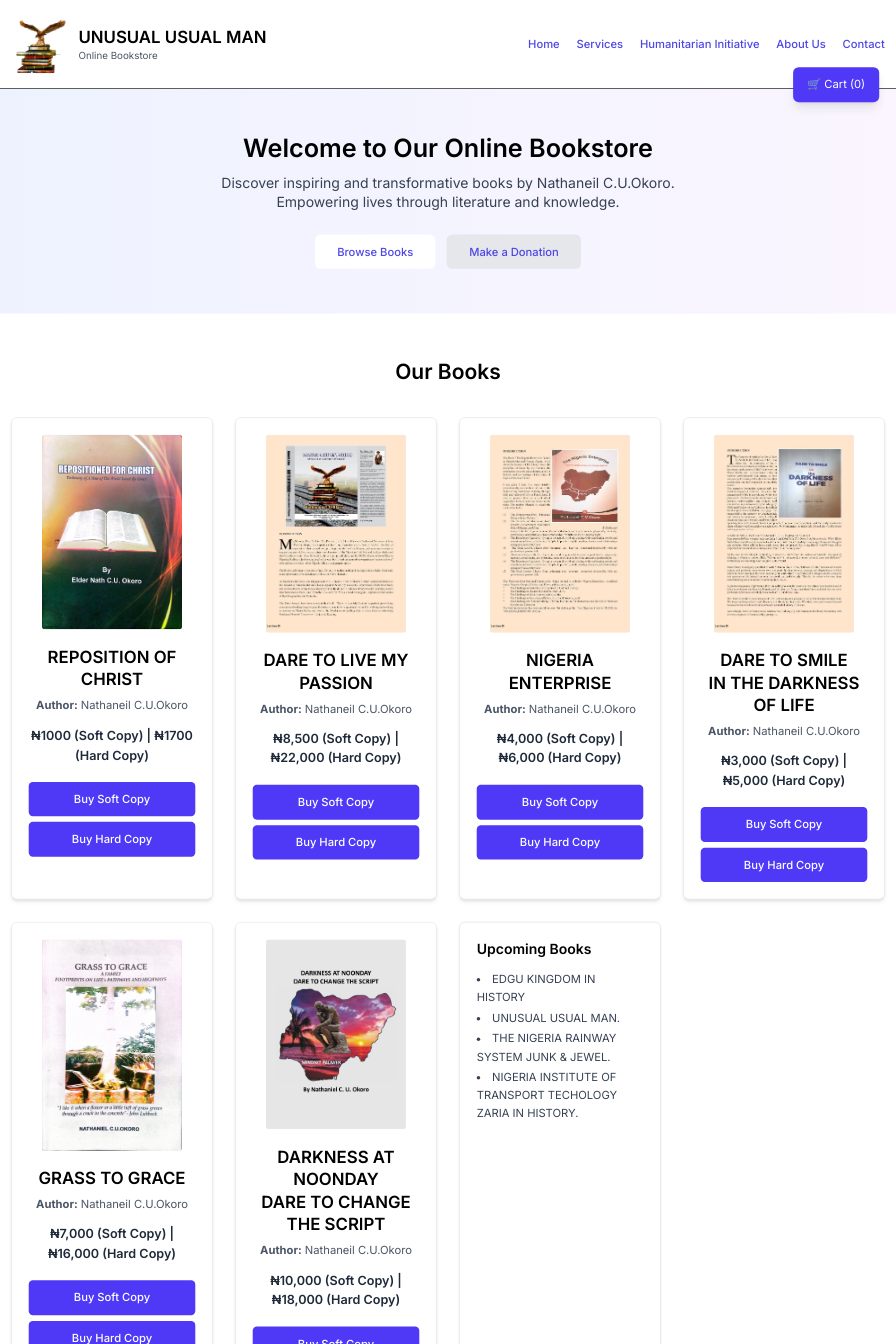
Repository: Rickyy1017/online-bookstore
Page: / (app in frontend/)
The author's editor kept a copy of each file at every save. The page is drawn from the files as they stood at one save, then again after the next save.
The browser window is 1280 px wide. The pictures show the part of the page from y = 0 to 1920 px (the page is 3588 px tall), at 70% of full size.
The project was rebuilt for these pictures with package versions that can differ from the ones it lists, and the page was loaded fresh each time. The framework's server and built-in components were replaced by stand-ins that run in the browser. Also part of the build but not shown: frontend/next.config.ts.

Above is the page before, as saved 2025-10-09 23:47:11.

### frontend/app/page.tsx
"use client";

import { useState } from 'react';
import Image from 'next/image';
import Link from 'next/link';

type CartItem = {
  title: string;
  price: number;
  type: string;
};

export default function Page() {
  const [cart, setCart] = useState<CartItem[]>([]);
  const [isModalOpen, setIsModalOpen] = useState(false);
  const [isBannerVisible, setIsBannerVisible] = useState(true);

  const addToCart = (title: string, price: number, type: string) => {
    setCart(prev => [...prev, { title, price, type }]);
  };

  const viewCart = () => {
    setIsModalOpen(true);
  };

  const closeCart = () => {
    setIsModalOpen(false);
  };

  const checkout = () => {
    alert('Checkout functionality not implemented yet.');
  };

  const totalPrice = cart.reduce((sum, item) => sum + item.price, 0);

  return (
    <>
      <header className="bg-white shadow-md border-b">
        <div className="container mx-auto px-4 py-4 flex justify-between items-center">
          <div className="flex items-center">
            <Image src="/images/logo.png" alt="Logo" width={80} height={100} className="mr-4" />
            <div>
              <h1 className="text-2xl font-bold text-gray-900">UNUSUAL USUAL MAN</h1>
              <p className="text-sm text-gray-600">Online Bookstore</p>
            </div>
          </div>
          <nav className="hidden md:flex space-x-6">
            <Link href="/" className="text-gray-700 font-medium hover:text-indigo-600 transition-colors">Home</Link>
            <Link href="/services" className="text-gray-700 font-medium hover:text-indigo-600 transition-colors">Services</Link>
            <Link href="/humanitarian-initiative" className="text-gray-700 font-medium hover:text-indigo-600 transition-colors">Humanitarian Initiative</Link>
            <Link href="/about" className="text-gray-700 font-medium hover:text-indigo-600 transition-colors">About Us</Link>
            <Link href="/contact" className="text-gray-700 font-medium hover:text-indigo-600 transition-colors">Contact</Link>
          </nav>
        </div>
      </header>

      <section className="bg-gradient-to-r from-indigo-50 to-purple-50 py-12 md:py-16">
        <div className="container mx-auto text-center px-4">
          <h2 className="text-3xl md:text-4xl font-bold text-gray-900 mb-4">Welcome to Our Online Bookstore</h2>
          <p className="text-lg md:text-xl text-gray-700 mb-8 max-w-2xl mx-auto">Discover inspiring and transformative books by Nathaneil C.U.Okoro. Empowering lives through literature and knowledge.</p>
          <div className="flex justify-center space-x-4">
            <Link href="#books" className="bg-white text-white px-8 py-3 rounded-lg hover:bg-indigo-700 transition-colors font-medium">Browse Books</Link>
            <Link href="/donate" className="bg-gray-200 text-gray-800 px-8 py-3 rounded-lg hover:bg-gray-300 transition-colors font-medium">Make a Donation</Link>
          </div>
        </div>
      </section>

      <button onClick={viewCart} className="fixed top-24 right-6 bg-indigo-600 text-white px-5 py-3 rounded-lg shadow-lg hover:bg-indigo-700 transition-all z-10">
        🛒 Cart ({cart.length})
      </button>

      <section id="books" className="container mx-auto py-12 md:py-16 px-4">
        <h2 className="text-2xl md:text-3xl font-bold text-center text-gray-900 mb-8 md:mb-12">Our Books</h2>
        <div className="grid grid-cols-1 md:grid-cols-2 lg:grid-cols-3 xl:grid-cols-4 gap-8">
          <div className="bg-white border border-gray-200 rounded-lg p-4 md:p-6 shadow-md">
            <Image src="/images/rep.jpg" alt="REPOSITION OF CHRIST" width={200} height={300} className="mx-auto mb-4 md:mb-6 rounded" />
            <h3 className="text-xl md:text-2xl font-bold text-gray-900 mb-2 text-center">REPOSITION OF CHRIST</h3>
            <p className="text-gray-600 text-center mb-4"><b>Author:</b> Nathaneil C.U.Okoro</p>
            <div className="text-center mb-4 md:mb-6">
              <p className="text-base md:text-lg text-gray-800 font-semibold">₦1000 (Soft Copy) | ₦1700 (Hard Copy)</p>
            </div>
            <div className="space-y-2">
              <button onClick={() => addToCart('REPOSITION OF CHRIST', 1000, 'Soft Copy')} className="w-full bg-indigo-600 text-white py-2 md:py-3 rounded-md hover:bg-indigo-700 transition-colors font-medium">Buy Soft Copy</button>
              <button onClick={() => addToCart('REPOSITION OF CHRIST', 1700, 'Hard Copy')} className="w-full bg-indigo-600 text-white py-2 md:py-3 rounded-md hover:bg-indigo-700 transition-colors font-medium">Buy Hard Copy</button>
            </div>
          </div>

        <div className="bg-white border border-gray-200 rounded-lg p-6 shadow-md">
          <Image src="/images/mypass.jpg" alt="DARE TO LIVE MY PASSION" width={200} height={300} className="mx-auto mb-6 rounded" />
          <h3 className="text-2xl font-bold text-gray-900 mb-2 text-center">DARE TO LIVE MY PASSION</h3>
          <p className="text-gray-600 text-center mb-4"><b>Author:</b> Nathaneil C.U.Okoro</p>
          <div className="text-center mb-6">
            <p className="text-lg text-gray-800 font-semibold">₦8,500 (Soft Copy) | ₦22,000 (Hard Copy)</p>
          </div>
          <div className="space-y-2">
            <button onClick={() => addToCart('DARE TO LIVE MY PASSION', 8500, 'Soft Copy')} className="w-full bg-indigo-600 text-white py-3 rounded-md hover:bg-indigo-700 transition-colors font-medium">Buy Soft Copy</button>
            <button onClick={() => addToCart('DARE TO LIVE MY PASSION', 22000, 'Hard Copy')} className="w-full bg-indigo-600 text-white py-3 rounded-md hover:bg-indigo-700 transition-colors font-medium">Buy Hard Copy</button>
          </div>
        </div>

        <div className="bg-white border border-gray-200 rounded-lg p-6 shadow-md">
          <Image src="/images/nige.jpg" alt="NIGERIA ENTERPRISE" width={200} height={300} className="mx-auto mb-6 rounded" />
          <h3 className="text-2xl font-bold text-gray-900 mb-2 text-center">NIGERIA ENTERPRISE</h3>
          <p className="text-gray-600 text-center mb-4"><b>Author:</b> Nathaneil C.U.Okoro</p>
          <div className="text-center mb-6">
            <p className="text-lg text-gray-800 font-semibold">₦4,000 (Soft Copy) | ₦6,000 (Hard Copy)</p>
          </div>
          <div className="space-y-2">
            <button onClick={() => addToCart('NIGERIA ENTERPRISE', 4000, 'Soft Copy')} className="w-full bg-indigo-600 text-white py-3 rounded-md hover:bg-indigo-700 transition-colors font-medium">Buy Soft Copy</button>
            <button onClick={() => addToCart('NIGERIA ENTERPRISE', 6000, 'Hard Copy')} className="w-full bg-indigo-600 text-white py-3 rounded-md hover:bg-indigo-700 transition-colors font-medium">Buy Hard Copy</button>
          </div>
        </div>

        <div className="bg-white border border-gray-200 rounded-lg p-6 shadow-md">
          <Image src="/images/dare.jpg" alt="DARE TO SMILE IN THE DARKNESS OF LIFE" width={200} height={300} className="mx-auto mb-6 rounded" />
          <h3 className="text-2xl font-bold text-gray-900 mb-2 text-center">DARE TO SMILE <br /> IN THE DARKNESS OF LIFE</h3>
          <p className="text-gray-600 text-center mb-4"><b>Author:</b> Nathaneil C.U.Okoro</p>
          <div className="text-center mb-6">
            <p className="text-lg text-gray-800 font-semibold">₦3,000 (Soft Copy) | ₦5,000 (Hard Copy)</p>
          </div>
          <div className="space-y-2">
            <button onClick={() => addToCart('DARE TO SMILE IN THE DARKNESS OF LIFE', 3000, 'Soft Copy')} className="w-full bg-indigo-600 text-white py-3 rounded-md hover:bg-indigo-700 transition-colors font-medium">Buy Soft Copy</button>
            <button onClick={() => addToCart('DARE TO SMILE IN THE DARKNESS OF LIFE', 5000, 'Hard Copy')} className="w-full bg-indigo-600 text-white py-3 rounded-md hover:bg-indigo-700 transition-colors font-medium">Buy Hard Copy</button>
          </div>
        </div>

        <div className="bg-white border border-gray-200 rounded-lg p-6 shadow-md">
          <Image src="/images/grasee (1).jpg" alt="GRASS TO GRACE" width={200} height={300} className="mx-auto mb-6 rounded" />
          <h3 className="text-2xl font-bold text-gray-900 mb-2 text-center">GRASS TO GRACE</h3>
          <p className="text-gray-600 text-center mb-4"><b>Author:</b> Nathaneil C.U.Okoro</p>
          <div className="text-center mb-6">
            <p className="text-lg text-gray-800 font-semibold">₦7,000 (Soft Copy) | ₦16,000 (Hard Copy)</p>
          </div>
          <div className="space-y-2">
            <button onClick={() => addToCart('GRASS TO GRACE', 7000, 'Soft Copy')} className="w-full bg-indigo-600 text-white py-3 rounded-md hover:bg-indigo-700 transition-colors font-medium">Buy Soft Copy</button>
            <button onClick={() => addToCart('GRASS TO GRACE', 16000, 'Hard Copy')} className="w-full bg-indigo-600 text-white py-3 rounded-md hover:bg-indigo-700 transition-colors font-medium">Buy Hard Copy</button>
          </div>
        </div>

        <div className="bg-white border border-gray-200 rounded-lg p-6 shadow-md">
          <Image src="/images/dark.png" alt="DARKNESS AT NOONDAY DARE TO CHANGE THE SCRIPT" width={200} height={300} className="mx-auto mb-6 rounded" />
          <h3 className="text-2xl font-bold text-gray-900 mb-2 text-center">DARKNESS AT NOONDAY <br /> DARE TO CHANGE THE SCRIPT</h3>
          <p className="text-gray-600 text-center mb-4"><b>Author:</b> Nathaneil C.U.Okoro</p>
          <div className="text-center mb-6">
            <p className="text-lg text-gray-800 font-semibold">₦10,000 (Soft Copy) | ₦18,000 (Hard Copy)</p>
          </div>
          <div className="space-y-2">
            <button onClick={() => addToCart('DARKNESS AT NOONDAY DARE TO CHANGE THE SCRIPT', 10000, 'Soft Copy')} className="w-full bg-indigo-600 text-white py-3 rounded-md hover:bg-indigo-700 transition-colors font-medium">Buy Soft Copy</button>
            <button onClick={() => addToCart('DARKNESS AT NOONDAY DARE TO CHANGE THE SCRIPT', 18000, 'Hard Copy')} className="w-full bg-indigo-600 text-white py-3 rounded-md hover:bg-indigo-700 transition-colors font-medium">Buy Hard Copy</button>
          </div>
        </div>

        <div className="bg-white border border-gray-200 rounded-lg p-6 shadow-sm">
          <h2 className="text-xl font-bold text-gray-900 mb-4">Upcoming Books</h2>
          <ul className="list-disc list-inside text-gray-700 space-y-1">
            <li>EDGU KINGDOM IN HISTORY</li>
            <li>UNUSUAL USUAL MAN.</li>
            <li>THE NIGERIA RAINWAY SYSTEM JUNK & JEWEL.</li>
            <li>NIGERIA INSTITUTE OF TRANSPORT TECHOLOGY ZARIA IN HISTORY.</li>
          </ul>
        </div>
        </div>
      </section>

      <div className="bg-gray-50 py-12">
        <div className="container mx-auto text-center">
          <h2 className="text-3xl font-bold text-gray-900 mb-8">COVENANT DAYCARE GARDEN FOUNDATION</h2>
          <div className="flex justify-center gap-8 mb-8">
            <Image src="/images/daycare1.png" alt="Daycare 1" width={300} height={200} className="rounded-lg shadow-md" />
            <Image src="/images/daycare2.jpg" alt="Daycare 2" width={300} height={200} className="rounded-lg shadow-md" />
          </div>
          <p className="text-gray-600 max-w-2xl mx-auto">A proud initiative dedicated to supporting elders and widows in need through community care and support programs.</p>
        </div>
      </div>

      {isModalOpen && (
        <div className="fixed inset-0 bg-black bg-opacity-50 flex justify-center items-center z-50">
          <div className="bg-white p-8 rounded-xl shadow-2xl max-w-lg w-full mx-4">
            <div className="flex justify-between items-center mb-6">
              <h2 className="text-2xl font-bold text-gray-900">Your Cart</h2>
              <span onClick={closeCart} className="cursor-pointer text-3xl text-gray-400 hover:text-gray-600">&times;</span>
            </div>
            <ul className="mb-6 space-y-2">
              {cart.map((item, index) => (
                <li key={index} className="text-gray-700 bg-gray-100 p-3 rounded">{item.title} - {item.type} - ₦{item.price}</li>
              ))}
            </ul>
            <div className="flex justify-between items-center mb-6">
              <p className="text-xl font-semibold text-gray-900">Total: ₦{totalPrice}</p>
            </div>
            <button onClick={checkout} className="w-full bg-indigo-600 text-white px-6 py-3 rounded-lg hover:bg-indigo-700 font-medium">Proceed to Checkout</button>
          </div>
        </div>
      )}

      <footer className="bg-gray-800 text-white py-12 mt-16">
        <div className="container mx-auto px-4">
          <div className="text-center mb-8">
            <p className="text-lg font-semibold">© 2025 Covenant Books & Consulting. All Rights Reserved.</p>
            <p className="text-gray-300 mt-2">Empowering lives through literature, community support, and global business expertise.</p>
          </div>
          <nav className="flex justify-center mb-8 space-x-6">
            <Link href="/about" className="text-gray-200 hover:text-indigo-400 transition-colors">About Us</Link>
            <Link href="/services" className="text-gray-200 hover:text-indigo-400 transition-colors">Services</Link>
            <Link href="/contact" className="text-gray-200 hover:text-indigo-400 transition-colors">Contact Us</Link>
          </nav>
          <div className="flex justify-center mb-8 space-x-4">
            <a href="#" className="text-gray-300 hover:text-indigo-400 transition-colors">Facebook</a>
            <a href="#" className="text-gray-300 hover:text-indigo-400 transition-colors">Twitter</a>
            <a href="#" className="text-gray-300 hover:text-indigo-400 transition-colors">LinkedIn</a>
          </div>
          <p className="text-center text-gray-300">Covenant Daycare Garden Foundation is a proud initiative dedicated to supporting elders and widows in need.</p>
        </div>
      </footer>
    </>
  );
}

### frontend/app/globals.css
@import url('https://fonts.googleapis.com/css2?family=Inter:wght@300;400;500;600;700&display=swap');
@import "tailwindcss";

:root {
  --background: #ffffff;
  --foreground: #000000;
  --accent: #4f46e5;
  --accent-hover: #3730a3;
}

@theme inline {
  --color-background: var(--background);
  --color-foreground: var(--foreground);
  --font-sans: 'Inter', sans-serif;
  --font-mono: var(--font-geist-mono);
}

body {
  background: var(--background);
  color: var(--foreground);
  font-family: 'Inter', sans-serif;
  line-height: 1.6;
}

h1, h2, h3, h4, h5, h6 {
  font-weight: 600;
  color: var(--foreground);
}

a {
  color: var(--accent);
  transition: color 0.2s ease;
}

a:hover {
  color: var(--accent-hover);
}

button {
  transition: all 0.2s ease;
}

Loaded but not shown: frontend/app/layout.tsx (common file)

After the next save:
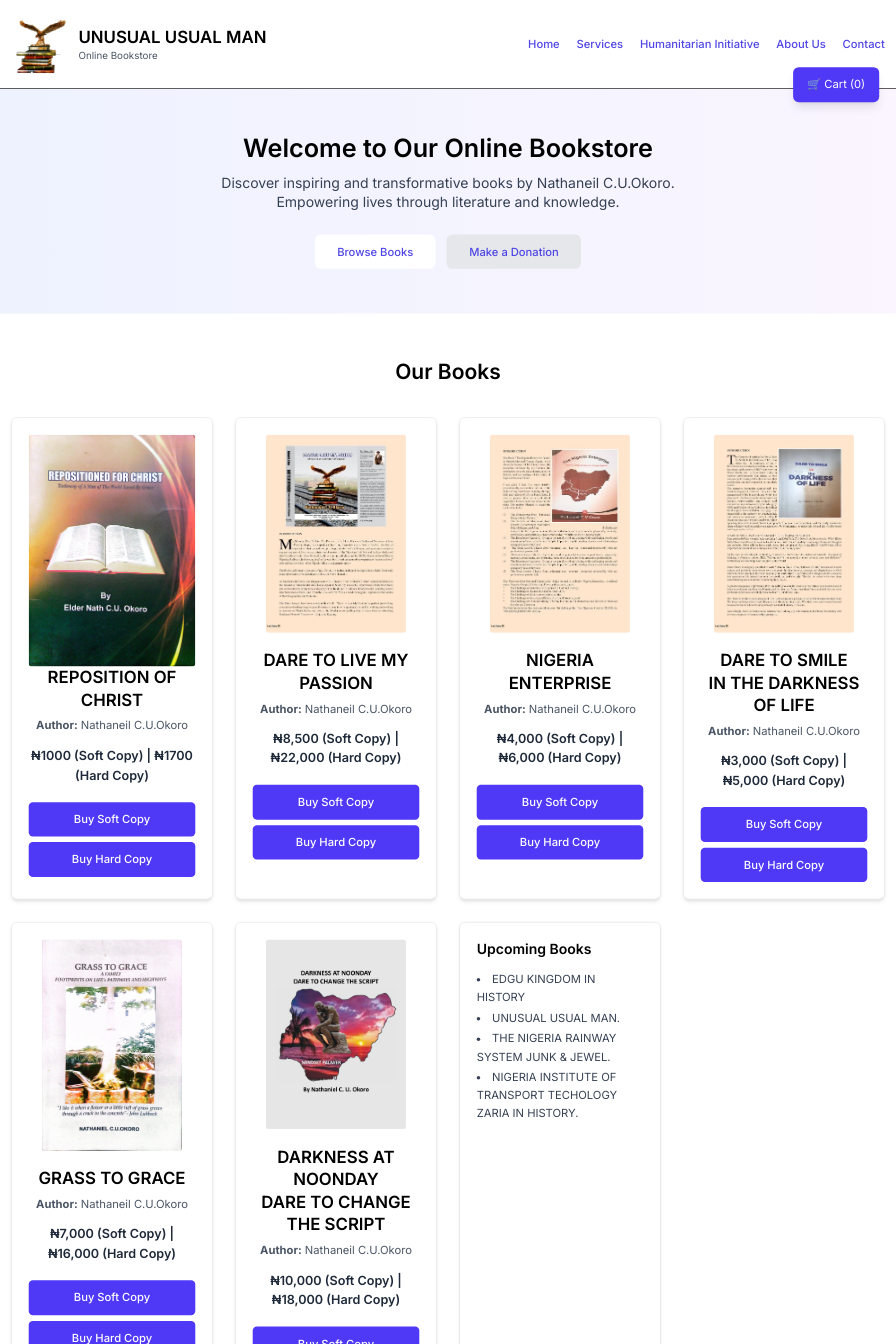
Saved 2 min 8 s later.
--- a/frontend/app/page.tsx
+++ b/frontend/app/page.tsx
@@ -73,7 +73,7 @@ export default function Page() {
         <h2 className="text-2xl md:text-3xl font-bold text-center text-gray-900 mb-8 md:mb-12">Our Books</h2>
         <div className="grid grid-cols-1 md:grid-cols-2 lg:grid-cols-3 xl:grid-cols-4 gap-8">
           <div className="bg-white border border-gray-200 rounded-lg p-4 md:p-6 shadow-md">
-            <Image src="/images/rep.jpg" alt="REPOSITION OF CHRIST" width={200} height={300} className="mx-auto mb-4 md:mb-6 rounded" />
+            <Image src="/images/rep.jpg" alt="REPOSITION OF CHRIST" width={200} height={300} className="w-full rounded" />
             <h3 className="text-xl md:text-2xl font-bold text-gray-900 mb-2 text-center">REPOSITION OF CHRIST</h3>
             <p className="text-gray-600 text-center mb-4"><b>Author:</b> Nathaneil C.U.Okoro</p>
             <div className="text-center mb-4 md:mb-6">
